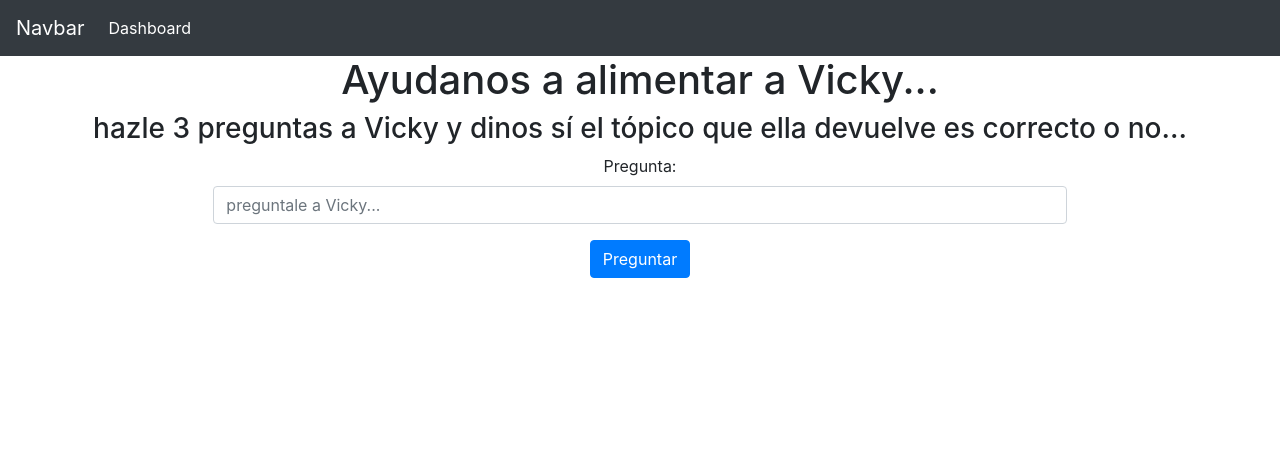
Repository: Crixtiancub/feedback_Vicky
Page: http://localhost/
An editor plug-in stored every save of this project. The page is shown before and after the next save, followed by the edit.
The browser window is 1280 px wide. The pictures show the whole page.
The page is served by the project's application, run on Django 3.2 (manage.py).

Above is the page before, as saved 2021-04-30 09:10:33.

After the next save:
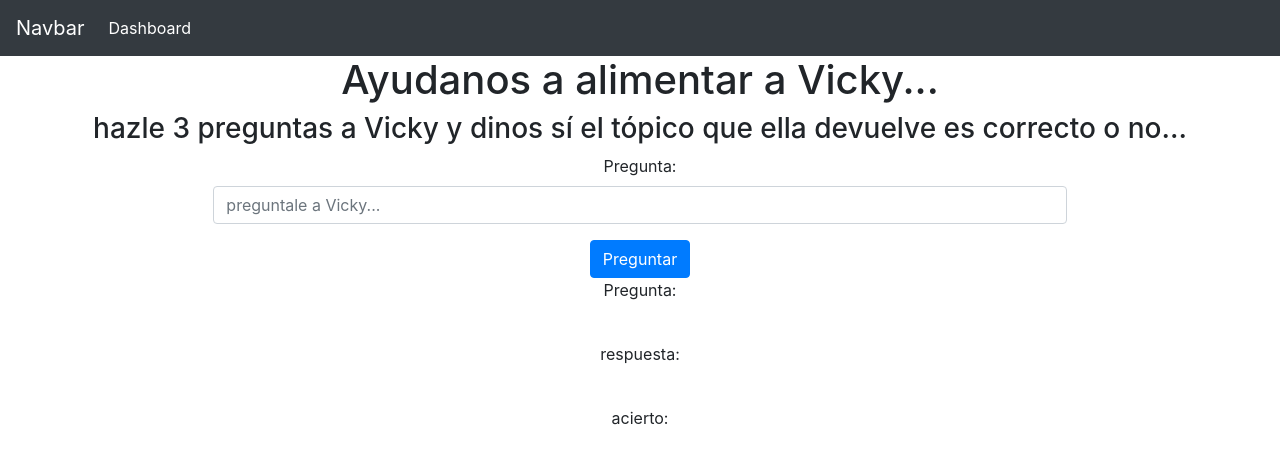
Saved 96 s later.
--- a/vicky/templates/dashboard.html
+++ b/vicky/templates/dashboard.html
@@ -24,17 +24,27 @@
         <input type="submit" class="btn btn-primary" value="Preguntar">
     </form>
 
+    <p>Pregunta:</p>
+
     {% if pregunta %}
 
     {{ pregunta }}
 
     {% endif %}
 
+    <br>
+
+    <p>respuesta:</p>
+
     {% if respuesta %}
 
     {{ respuesta }}
 
     {% endif %}
+
+    <br>
+
+    <p>acierto:</p>
 
     {% if acierto %}
 
